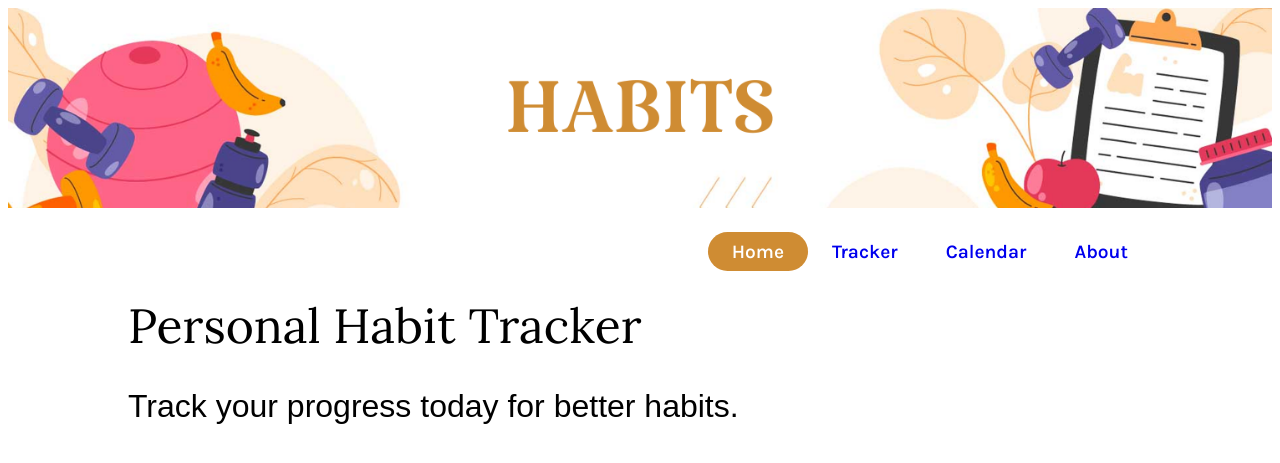
Repository: SandyLy453/habit-tracker
Page: http://localhost/
An editor plug-in stored every save of this project. The page is shown before and after the next save, followed by the edit.
The browser window is 1280 px wide. The pictures show the whole page.
The page is served by the project's Node server (server.js).

Above is the page before, as saved 2025-03-14 19:08:59.

### views/pages/home.ejs
<!DOCTYPE html>
<html lang="en">
<head>
    <meta charset="UTF-8">
    <meta name="viewport" content="width=device-width, initial-scale=1.0">
    <link rel="stylesheet" href="/styles.css">

    <!-- Fonts -->
    <link rel="preconnect" href="https://fonts.googleapis.com">
    <link rel="preconnect" href="https://fonts.gstatic.com" crossorigin>
    <link href="https://fonts.googleapis.com/css2?family=Karla:ital,wght@0,200..800;1,200..800&family=Roboto:ital,wght@0,100..900;1,100..900&display=swap" rel="stylesheet">

    <link rel="preconnect" href="https://fonts.googleapis.com">
    <link rel="preconnect" href="https://fonts.gstatic.com" crossorigin>
    <link href="https://fonts.googleapis.com/css2?family=Lora:ital,wght@0,400..700;1,400..700&display=swap" rel="stylesheet">
</head>
<body>
    <%- include('../partials/header', { activePage: 'home' }) %>
    <div class="heading_section">
        <h1>Personal Habit Tracker</h1>
        <p>Track your progress today for better habits.</p>
    </div>
</body>
</html>

### views/partials/header.ejs
<!DOCTYPE html>
<html lang="en">
<head>
    <meta charset="UTF-8">
    <meta name="viewport" content="width=device-width, initial-scale=1.0">
    <title>
        <%= typeof title != 'undefined' ? title : 'Page Title' %>
    </title>
    <link rel="stylesheet" href="/styles.css">
    <link rel="preconnect" href="https://fonts.googleapis.com">
    <link rel="preconnect" href="https://fonts.gstatic.com" crossorigin>
    <link href="https://fonts.googleapis.com/css2?family=Karla:ital,wght@0,200..800;1,200..800&family=Roboto:ital,wght@0,100..900;1,100..900&display=swap" rel="stylesheet">
</head>
<body>
    <header>
        <div class="header_container">
            <img src="<%= activePage === 'home' ? '/images/home_banner.png' : activePage === 'tracker' ? '/images/tracker_banner.png' : activePage === 'calendar' ? '/images/calendar_banner.png' : '/images/about_banner.png' %>" />
            <ul class="header">
                <li><a href="/" class="header_items <%= activePage === 'home' ? 'highlight' : '' %>">Home</a></li>
                <li><a href="/tracker" class="header_items <%= activePage === 'tracker' ? 'highlight' : '' %>">Tracker</a></li>
                <li><a href="/calendar" class="header_items <%= activePage === 'calendar' ? 'highlight' : '' %>">Calendar</a></li>
                <li><a href="/about" class="header_items <%= activePage === 'about' ? 'highlight' : '' %>">About</a></li>
              </ul>
        </div>
    </header>
</body>
</html>

### server.js
import pg from 'pg';
import express from 'express';
import bodyParser from 'body-parser';
import dotenv from 'dotenv';
import path from 'path';
import { fileURLToPath } from 'url';

const __filename = fileURLToPath(import.meta.url);
const __dirname = path.dirname(__filename);

dotenv.config();

// Database setup
const db = new pg.Client({
  user: process.env.DB_USER,
  host: process.env.DB_HOST,
  database: process.env.DB_DATABASE,
  password: process.env.DB_PASSWORD,
  port: process.env.DB_PORT,
});

db.connect()
  .then(() => {
    console.log('Connected to the database');
  })
  .catch(err => {
    console.error('Database connection error:', err.stack);
});

const app = express();
const port = 3000;

app.set('views', path.join(__dirname, 'views'));

// Middleware
app.use(bodyParser.urlencoded({ extended: true }));
app.use(express.static('public'));  // Serve static files from the public folder
app.set('view engine', 'ejs');

// Routes
app.get('/', (req, res) => {
  res.render('pages/home', {
    title: "Personal Habit Tracker",
    activePage: 'home',
    paragraph: "Track your progress today for better habits."
  });
});

app.get('/tracker', (req, res) => {
  res.render('pages/tracker', {
    title: "My Habits Tracker",
    activePage: 'tracker',
    paragraph: " "
  });
});

app.get('/calendar', (req, res) => {
  res.render('pages/calendar', {
    title: "My Calendar",
    activePage: 'calendar',
    paragraph: " "
  });
});

app.get('/about', (req, res) => {
  res.render('pages/about', {
    title: "About",
    activePage: 'about',
  });
});

app.listen(port, () => {
  console.log(`App listening at port ${port}`);
});

### public/styles.css
:root {
    --header-font: "Karla", sans-serif;
    --heading-font: "Lora", serif;

    --font-styles-bold: 600;
    --font-styles-regular: 400;
    --header-large: 1.2rem;
    --page-heading: 3rem;
    --page-details: 2rem;

    --highlight-color: #CF8C33;
}

body {
    font-family: Arial, sans-serif;
    text-align: center;
}

input, button {
    margin: 5px;
    padding: 8px;
}

/* Header */
.header_container img {
    margin: 0;
    padding: 0;
    display: block;
    width: 100%;
    height: 100%;
    object-fit: cover;
}

.header {
    display: flex;
    flex-direction: row;
    justify-content:flex-end;
    list-style: none;
    margin: 2rem 120px;
    font-family: var(--header-font);
    font-weight: var(--font-styles-bold);
    font-size: var(--header-large);
}

.header_items {
    text-decoration: none;
    padding: .5rem 1.5rem;
    border-radius: 20px;
}

.header_items.highlight {
    color: white;
    background-color: var(--highlight-color);
}

/* Home Page */
.heading_section {
    text-align: left;
    margin: 0 120px;
}

.heading_section h1 {
    font-family: var(--heading-font);
    font-weight: var(--font-styles-regular);
    font-size: var(--page-heading);
    margin-bottom: 0;
}

.heading_section p {
    font-size: var(--page-details);
}

After the next save:
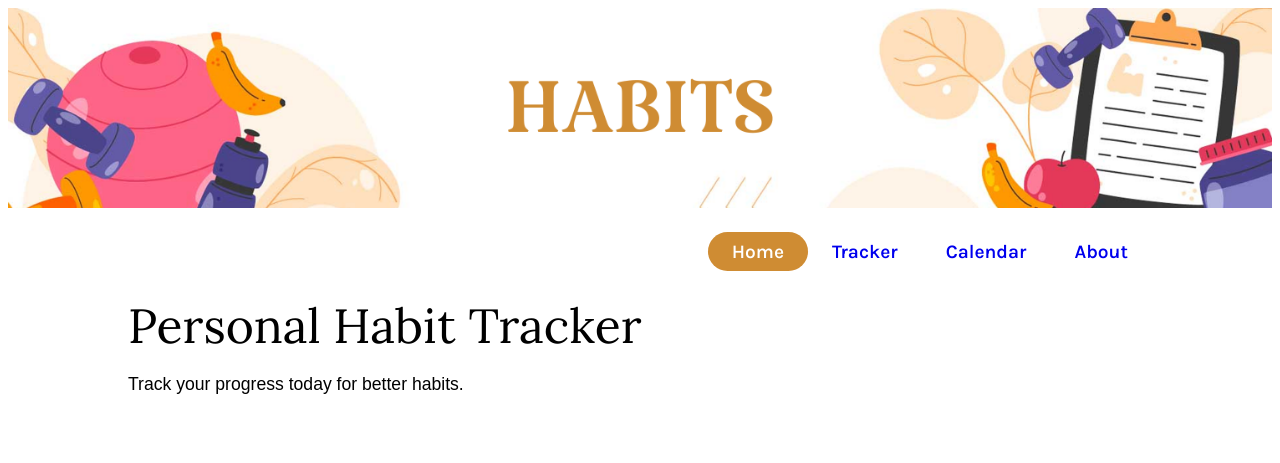
Saved 11 s later.
--- a/public/styles.css
+++ b/public/styles.css
@@ -6,7 +6,7 @@
     --font-styles-regular: 400;
     --header-large: 1.2rem;
     --page-heading: 3rem;
-    --page-details: 2rem;
+    --page-details: 1.1rem;
 
     --highlight-color: #CF8C33;
 }
